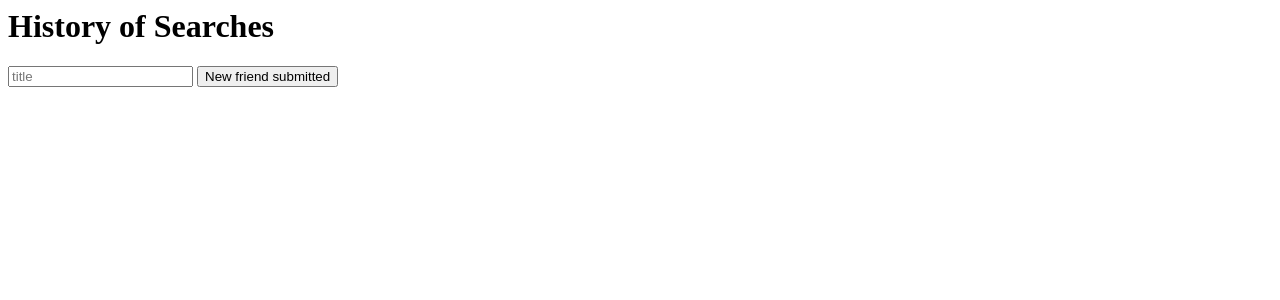
Repository: calyun/WebDevExercises
Page: http://localhost/favorites
The author's editor kept a record of every edit. The page is drawn from the files as they stood at one moment, then again after a run of edits.
The browser window is 1280 px wide. The pictures show the whole page.
The page is served by the project's Node server (APIs/app.js).

Above is the page before.

After the next 5 edits:
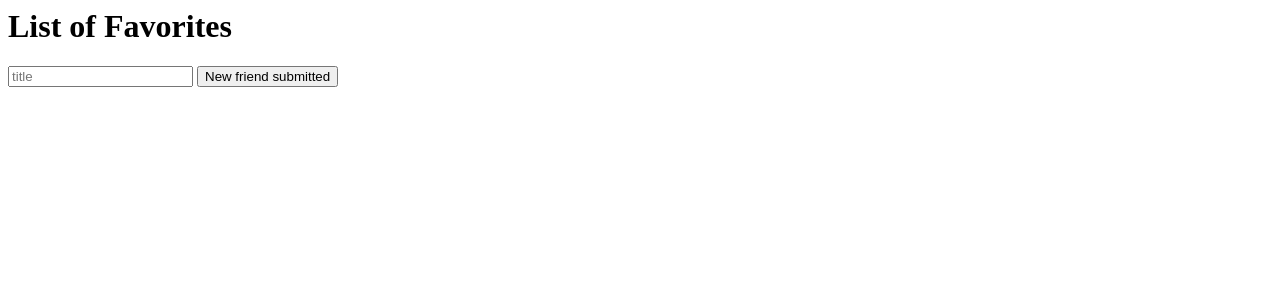
The 5 edits are shown as one change because 4 did not build or start.
The edit:
--- a/APIs/views/favorites.ejs
+++ b/APIs/views/favorites.ejs
@@ -1,4 +1,4 @@
-<h1> History of Searches </h1>
+<h1> List of Favorites </h1>
 
 <% favorites.forEach(function(title){ %>
     <li> <%= title %> </li>
--- a/APIs/app.js
+++ b/APIs/app.js
@@ -1,13 +1,17 @@
 var express = require("express");
 var app = express();
 var request = require("request");
+var bodyParser = require("body-parser");
+
+// reads long url version
+app.use(bodyParser.urlencoded({extended: true}));
 
 // tells express to use "public" folder
 app.use(express.static("public"));
 // tells server that "number","posts" indicates "number.ejs","posts.ejs"
 app.set("view engine", "ejs");
 
-app.get("/", function(req, res) {
+app.get("/search", function(req, res) {
     res.render("search");
 });
 
@@ -19,6 +23,7 @@
     request(url, function(error, response, body){
         if (!error && response.statusCode == 200) {
             var data = JSON.parse(body);
+            //console.log(data["Search"][0]["Title"]);
             res.render("results", {data: data});
         }
     });
@@ -31,7 +36,7 @@
 app.post("/addfavorite", function(req, res){
     var newfavorite = req.body.newfavorite;
     favorites.push(newfavorite);
-    res.redirect("/search");
+    res.redirect("/favorites");
 });
 
 app.get("/favorites", function(req, res){
